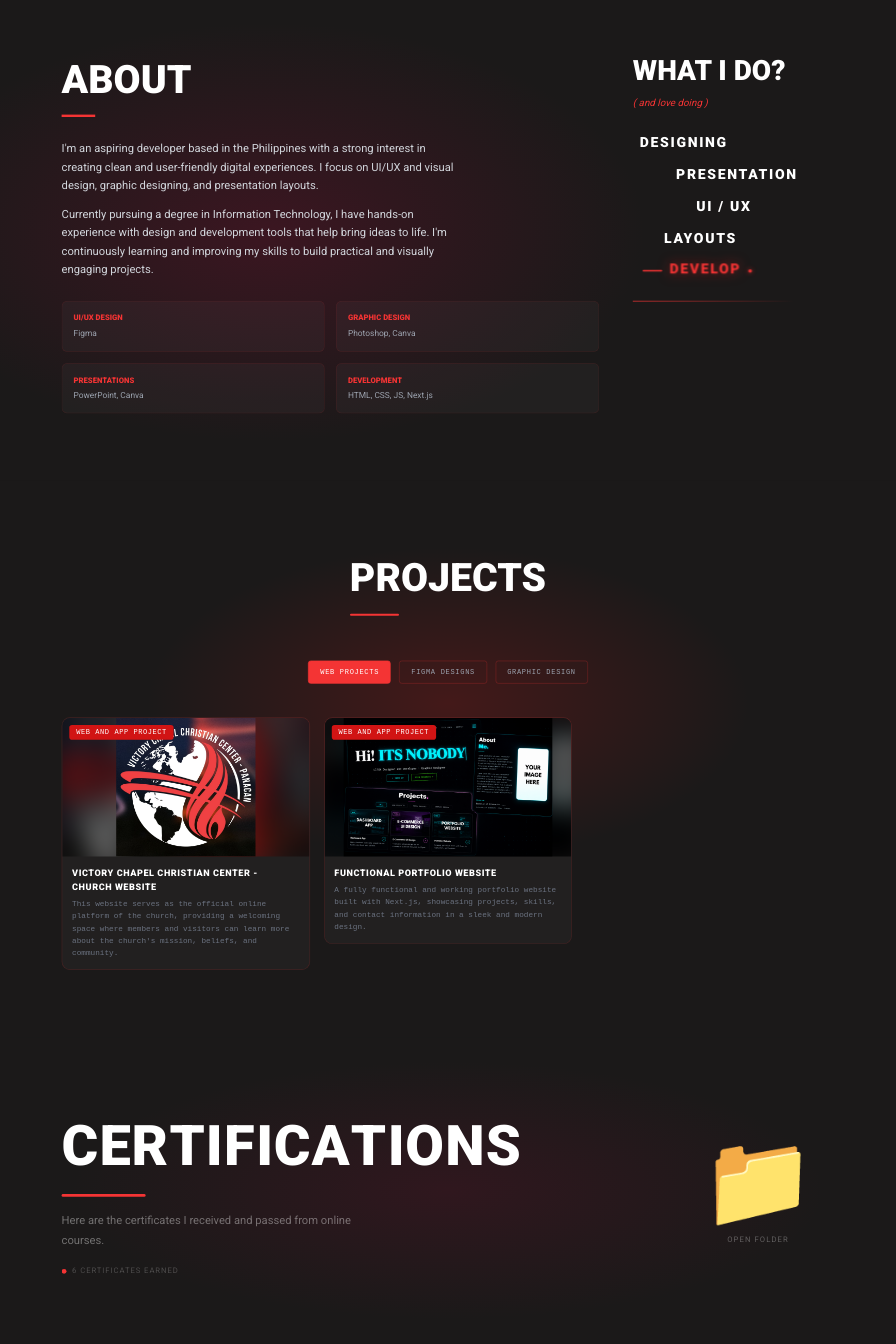
Repository: banbanny/my-portfolio
Page: /
An editor plug-in stored every save of this project. The page is shown before and after the next save, followed by the edit.
The browser window is 1280 px wide. The pictures show the part of the page from y = 744 to 2664 px (the page is 4275 px tall), at 70% of full size.
The project was rebuilt for these pictures with package versions that can differ from the ones it lists, and the page was loaded fresh each time. The framework's server and built-in components were replaced by stand-ins that run in the browser. Also part of the build but not shown: next.config.js.

Above is the page before, as saved 2026-05-07 15:36:49.

### src/app/layout.tsx
import type { Metadata } from "next";
import "./globals.css";

export const metadata: Metadata = {
  title: "Ivanne Obediente | Portfolio",
  description:
    "Aspiring developer based in the Philippines — design, UI/UX, and visual storytelling.",
};

export default function RootLayout({
  children,
}: {
  children: React.ReactNode;
}) {
  return (
    <html lang="en">
      <body>{children}</body>
    </html>
  );
}

### src/app/page.tsx
import Navbar from "@/components/Navbar";
import Hero from "@/components/Hero";
import About from "@/components/About";
import Projects from "@/components/Projects";
import Certifications from "@/components/Certifications";
import TechStack from "@/components/TechStack";
import Footer from "@/components/Footer";

export default function Home() {
  return (
    <main style={{ background: "#1B1919" }}>
      <Navbar />
      <Hero />
      <About />
      <Projects />
      <Certifications />
      <TechStack />
      <Footer />
    </main>
  );
}

### src/app/globals.css
@import url("https://fonts.googleapis.com/css2?family=Roboto:wght@400;900&display=swap");
@tailwind base;
@tailwind components;
@tailwind utilities;

:root {
  --bg: #1b1919;
  --white: #ffffff;
  --red-primary: #f43434;
  --red-dark: #d22828;
  --red-bright: #ff3c00;
  --red-accent: #ff0033;
}

* {
  margin: 0;
  padding: 0;
  box-sizing: border-box;
}

html {
  scroll-behavior: smooth;
}

body {
  background-color: var(--bg);
  color: var(--white);
  font-family: "Roboto", sans-serif;
  font-weight: 400;
  overflow-x: hidden;
}

/* ─── Noise texture overlay ─── */
body::before {
  content: "";
  position: fixed;
  inset: 0;
  background-image: url("data:[embedded picture, 306 characters]");
  pointer-events: none;
  z-index: 9999;
  opacity: 10;
}

/* ─── Red glow blob (hero background) ─── */
.hero-glow {
  background: radial-gradient(
    ellipse 60% 55% at 80% 50%,
    rgba(210, 40, 40, 0.55) 0%,
    rgba(255, 60, 0, 0.25) 45%,
    transparent 75%
  );
}

/* ─── Section red glow (bottom sections) ─── */
.section-glow {
  background: radial-gradient(
    ellipse 70% 50% at 50% 100%,
    rgba(210, 40, 40, 0.3) 0%,
    transparent 70%
  );
}

/* ─── Typography utilities ─── */
.font-black-roboto {
  font-family: "Roboto", sans-serif;
  font-weight: 900;
}

.text-red {
  color: var(--red-primary);
}

/* ─── Divider line ─── */
.divider {
  height: 2px;
  background: var(--red-primary);
  width: 100%;
}

/* ─── Vertical label (ABOUT) ─── */
.vertical-label {
  writing-mode: vertical-rl;
  text-orientation: mixed;
  transform: rotate(180deg);
  letter-spacing: 0.3em;
  font-weight: 900;
  font-size: 1.1rem;
}

/* ─── Card white box ─── */
.card-white {
  background: #ffffff;
  color: #1b1919;
  border-radius: 4px;
}

/* ─── Navbar link hover ─── */
.nav-link {
  position: relative;
  font-size: 0.75rem;
  letter-spacing: 0.12em;
  text-transform: uppercase;
  transition: color 0.2s;
}
.nav-link::after {
  content: "";
  position: absolute;
  left: 0;
  bottom: -2px;
  width: 0;
  height: 1px;
  background: var(--red-primary);
  transition: width 0.25s;
}
.nav-link:hover {
  color: var(--red-primary);
}
.nav-link:hover::after {
  width: 100%;
}

/* ─── Tech stack / cert card hover ─── */
.stack-card {
  border: 1px solid rgba(244, 52, 52, 0.3);
  transition: border-color 0.2s, transform 0.2s;
}
.stack-card:hover {
  border-color: var(--red-primary);
  transform: translateY(-2px);
}

/* ─── Project card hover ─── */
.project-card {
  transition: transform 0.2s, box-shadow 0.2s;
}
.project-card:hover {
  transform: translateY(-4px);
  box-shadow: 0 8px 30px rgba(244, 52, 52, 0.25);
}

/* ─── Scroll fade-in animation ─── */
@keyframes fadeUp {
  from {
    opacity: 0;
    transform: translateY(24px);
  }
  to {
    opacity: 1;
    transform: translateY(0);
  }
}
.animate-fadeUp {
  animation: fadeUp 0.6s ease forwards;
}

### src/components/Navbar.tsx
"use client";

import { useState } from "react";

const links = [
  { label: "Home", href: "#home" },
  { label: "About", href: "#about" },
  { label: "Projects", href: "#projects" },
  { label: "Contact", href: "#contact" },
];

export default function Navbar() {
  const [menuOpen, setMenuOpen] = useState(false);

  return (
    <header
      className="fixed top-0 left-0 w-full z-50"
      style={{
        background:
          "linear-gradient(180deg, rgba(27,25,25,0.98) 0%, rgba(27,25,25,0.85) 100%)",
        backdropFilter: "blur(6px)",
        borderBottom: "1px solid rgba(244,52,52,0.1)",
      }}
    >
      <div className="max-w-6xl mx-auto px-6 py-4 flex items-center justify-between">
        {/* Logo / Name */}
        <div>

          <p
            className="font-black-roboto text-sm tracking-widest uppercase leading-tight"
            style={{ color: "#F43434" }}
          >
            Ivanne
          </p>
          <p className="font-black-roboto text-sm tracking-widest uppercase leading-tight text-white">
            Obediente
          </p>
        </div>

        {/* Desktop Nav */}
        <nav className="hidden md:flex items-center gap-8">
          {links.map((link) => (
            <a key={link.href} href={link.href} className="nav-link text-white">
              {link.label}
            </a>
          ))}
        </nav>

        {/* Mobile Hamburger */}
        <button
          className="md:hidden flex flex-col gap-1.5 p-2"
          onClick={() => setMenuOpen(!menuOpen)}
          aria-label="Toggle menu"
        >
          <span
            className="block w-6 h-0.5 bg-white transition-transform"
            style={menuOpen ? { transform: "rotate(45deg) translate(3px, 3px)" } : {}}
          />
          <span
            className="block w-6 h-0.5 bg-white transition-opacity"
            style={menuOpen ? { opacity: 0 } : {}}
          />
          <span
            className="block w-6 h-0.5 bg-white transition-transform"
            style={menuOpen ? { transform: "rotate(-45deg) translate(3px, -3px)" } : {}}
          />
        </button>
      </div>

      {/* Mobile Menu */}
      {menuOpen && (
        <div
          className="md:hidden px-6 pb-6 flex flex-col gap-5"
          style={{ background: "rgba(27,25,25,0.98)" }}
        >
          {links.map((link) => (
            <a
              key={link.href}
              href={link.href}
              className="nav-link text-white text-sm"
              onClick={() => setMenuOpen(false)}
            >
              {link.label}
            </a>
          ))}
        </div>
      )}
    </header>
  );
}

### src/components/Projects.tsx
'use client'

import { useState, useEffect, useRef } from "react";

type ProjectType = "web" | "figma" | "graphics";

interface Project {
  id: number; title: string; type: ProjectType; description: string; thumbnail: string; link: string;
}

const projects: Project[] = [
  { id: 1,
    title: "Victory Chapel Christian Center - Church Website",
    type: "web",
    description: "This website serves as the official online platform of the church, providing a welcoming space where members and visitors can learn more about the church's mission, beliefs, and community.",
    thumbnail: "/vccc-thumbnail.jpg",
    link: "https://vccc-website-one.vercel.app/"
  },
  { id: 2,
    title: "Functional Portfolio Website",
    type: "web",
    description: "A fully functional and working portfolio website built with Next.js, showcasing projects, skills, and contact information in a sleek and modern design.",
    thumbnail: "/web-port.png",
    link: "https://web-portfolio-ruby-pi.vercel.app/"
  },
  { id: 3,
     title: "Portfolio Website Design",
     type: "figma",
     description: "UI/UX design for a Portfolio.",
     thumbnail: "/figma1.png",
     link: "https://www.figma.com/file/your-file-id"
    },
  { id: 4,
    title: "Victory Chapel Christian Center - Church Website",
    type: "figma",
    description: "A church website",
     thumbnail: "/vccc.png",
     link: "https://www.figma.com/file/your-file-id-2"
    },
  { id: 5,
    title: "5CRG Inventory Management System",
    type: "figma",
    description: "Inventory Management System for 5CRG.",
    thumbnail: "/figma3.png",
    link: "https://www.figma.com/file/your-file-id-2"
  },
  { id: 6, title: "Brand Identity", type: "graphics", description: "Logo and branding for a local business.", thumbnail: "/thumbnails/graphics1.png", link: "https://www.behance.net/ivanneobediente23" },
  { id: 7, title: "Poster Design", type: "graphics", description: "Event poster with bold typography and layout.", thumbnail: "/thumbnails/graphics2.png", link: "https://www.behance.net/your-project-2" },
];

const filters: { label: string; value: ProjectType }[] = [
  { label: "WEB PROJECTS", value: "web" },
  { label: "FIGMA DESIGNS", value: "figma" },
  { label: "GRAPHIC DESIGN", value: "graphics" },
];

const typeConfig: Record<ProjectType, { label: string; badge: string }> = {
  web:      { label: "Web and App Project",  badge: "#d11414" },
  figma:    { label: "Figma Design", badge: "#910d39" },
  graphics: { label: "Graphics",     badge: "#f16f24" },
};

function useInView(threshold = 0.15) {
  const ref = useRef<HTMLDivElement>(null);
  const [inView, setInView] = useState(false);
  useEffect(() => {
    const el = ref.current; if (!el) return;
    const obs = new IntersectionObserver(([entry]) => { if (entry.isIntersecting) setInView(true); }, { threshold });
    obs.observe(el); return () => obs.disconnect();
  }, []);
  return { ref, inView };
}

function ProjectCard({ project, index }: { project: Project; index: number }) {
  const [hovered, setHovered] = useState(false);
  const { ref, inView } = useInView();
  const cfg = typeConfig[project.type];

  return (
    <div ref={ref} style={{ opacity: inView ? 1 : 0, transform: inView ? "translateY(0)" : "translateY(32px)", transition: `opacity 0.55s ease ${index * 0.08}s, transform 0.55s ease ${index * 0.08}s` }}>
      <a href={project.link} target="_blank" rel="noopener noreferrer"
        onMouseEnter={() => setHovered(true)} onMouseLeave={() => setHovered(false)}
        style={{ display:"block", borderRadius:"12px", overflow:"hidden", border:`1px solid ${hovered ? "rgba(244,52,52,0.45)" : "rgba(244,52,52,0.15)"}`, background: hovered ? "rgba(244,52,52,0.06)" : "rgba(255,255,255,0.03)", transform: hovered ? "translateY(-5px)" : "translateY(0)", transition:"all 0.3s cubic-bezier(0.34,1.56,0.64,1)", cursor:"pointer", textDecoration:"none" }}>
        <div style={{ position:"relative", width:"100%", aspectRatio:"16/9", overflow:"hidden" }}>
          <img src={project.thumbnail} alt="" aria-hidden="true" style={{ position:"absolute", inset:0, width:"100%", height:"100%", objectFit:"cover", filter:"blur(18px) brightness(0.4) saturate(1.4)", transform:"scale(1.15)", pointerEvents:"none" }} />
          <img src={project.thumbnail} alt={project.title} style={{ position:"relative", zIndex:1, width:"100%", height:"100%", objectFit:"contain", transform: hovered ? "scale(1.04)" : "scale(1)", transition:"transform 0.5s ease", display:"block" }}
            onError={(e) => { (e.target as HTMLImageElement).style.display = "none"; const p = (e.target as HTMLImageElement).parentElement; if (p) p.style.background = "#2a2222"; }} />
          <div style={{ position:"absolute", inset:0, zIndex:2, background:"rgba(0,0,0,0.5)", opacity: hovered ? 1 : 0, transition:"opacity 0.3s ease", display:"flex", alignItems:"center", justifyContent:"center" }}>
            <span style={{ fontSize:"12px", fontFamily:"monospace", color:"#fff", letterSpacing:"0.12em", textTransform:"uppercase", border:"1px solid rgba(255,255,255,0.6)", padding:"8px 16px", borderRadius:"4px" }}>
              {project.type === "web" && "Visit Site →"}{project.type === "figma" && "Open in Figma →"}
            </span>
          </div>
          <span style={{ position:"absolute", top:"10px", left:"10px", zIndex:3, fontSize:"10px", fontFamily:"monospace", letterSpacing:"0.08em", textTransform:"uppercase", color:"#fff", background:cfg.badge, padding:"3px 10px", borderRadius:"4px" }}>{cfg.label}</span>
        </div>
        <div style={{ padding:"14px" }}>
          <h3 style={{ fontFamily:"inherit", fontSize:"clamp(11px, 1.5vw, 13px)", fontWeight:700, textTransform:"uppercase", letterSpacing:"0.06em", color:"#fff", margin:"0 0 6px" }}>{project.title}</h3>
          <p style={{ fontSize:"11px", fontFamily:"monospace", color:"#6b7280", lineHeight:1.6, margin:0 }}>{project.description}</p>
        </div>
      </a>
    </div>
  );
}

function BehanceCard() {
  const { ref, inView } = useInView(0.2);
  const [hovered, setHovered] = useState(false);
  return (
    <>
      <style>{`
        @keyframes dotPulse { 0%,100% { opacity:0.18; } 50% { opacity:0.45; } }
        @keyframes beFloat { 0%,100% { transform:translateY(0px); } 50% { transform:translateY(-7px); } }
        @keyframes glowPulse { 0%,100% { opacity:0.3; } 50% { opacity:0.6; } }
        .behance-dot-bg { position:absolute; inset:0; background-image:radial-gradient(circle, rgba(255,255,255,0.13) 1px, transparent 1px); background-size:28px 28px; animation:dotPulse 4s ease-in-out infinite; border-radius:16px; }
        .be-logo-wrap { animation:beFloat 3.2s ease-in-out infinite; display:inline-block; }
        .be-glow { position:absolute; top:50%; left:50%; transform:translate(-50%,-50%); width:260px; height:160px; background:radial-gradient(ellipse, rgba(30,80,255,0.18) 0%, transparent 70%); animation:glowPulse 3s ease-in-out infinite; pointer-events:none; }
        .behance-cta-btn { display:inline-flex; align-items:center; gap:10px; padding:14px 38px; font-size:12px; font-family:monospace; letter-spacing:0.16em; text-transform:uppercase; color:#fff; border:1px solid rgba(255,255,255,0.25); border-radius:6px; background:rgba(255,255,255,0.06); text-decoration:none; transition:all 0.3s ease; }
        .behance-cta-btn:hover { background:rgba(255,255,255,0.14); border-color:rgba(255,255,255,0.55); transform:translateY(-2px); }
      `}</style>
      <div ref={ref} style={{ opacity: inView ? 1 : 0, transform: inView ? "translateY(0)" : "translateY(28px)", transition:"opacity 0.6s ease, transform 0.6s ease" }}>
        <div onMouseEnter={() => setHovered(true)} onMouseLeave={() => setHovered(false)}
          style={{ position:"relative", overflow:"hidden", borderRadius:"16px", border:`1px solid ${hovered ? "rgba(255,255,255,0.14)" : "rgba(255,255,255,0.07)"}`, background:"#08080f", padding:"clamp(40px, 8vw, 72px) clamp(20px, 5vw, 40px) clamp(36px, 7vw, 56px)", textAlign:"center", transition:"border-color 0.4s ease" }}>
          <div className="behance-dot-bg" aria-hidden="true" />
          <div className="be-glow" aria-hidden="true" />
          <div style={{ position:"relative", marginBottom:"20px" }}>
            <div className="be-logo-wrap">
              <img src="https://cdn.jsdelivr.net/gh/devicons/devicon/icons/behance/behance-original.svg" alt="Behance" style={{ width:"88px", height:"88px", filter:"brightness(0) invert(1)", margin:"0 auto", display:"block" }} />
            </div>
          </div>
          <p style={{ position:"relative", fontFamily:"monospace", fontSize:"11px", letterSpacing:"0.22em", textTransform:"uppercase", color:"rgba(255,255,255,0.35)", marginBottom:"32px" }}>All Graphic Design Work Lives on Behance</p>
          <div style={{ position:"relative", marginBottom:"44px" }}>
            <a href="https://www.behance.net/YOUR_BEHANCE_USERNAME" target="_blank" rel="noopener noreferrer" className="behance-cta-btn">View on Behance <span style={{ fontSize:"16px" }}>↗</span></a>
          </div>
          <div style={{ position:"relative", display:"flex", alignItems:"center", justifyContent:"center", flexWrap:"wrap", gap:"4px" }}>
            {["Brand Identity", "Social Media", "Print Design"].map((tag, i, arr) => (
              <span key={tag} style={{ display:"flex", alignItems:"center" }}>
                <span style={{ fontSize:"11px", fontFamily:"monospace", letterSpacing:"0.12em", textTransform:"uppercase", color:"rgba(255,255,255,0.28)", padding:"0 16px" }}>{tag}</span>
                {i < arr.length - 1 && <span style={{ color:"rgba(255,255,255,0.15)" }}>|</span>}
              </span>
            ))}
          </div>
        </div>
      </div>
    </>
  );
}

export default function Projects() {
  const [active, setActive] = useState<ProjectType>("web");
  const [visible, setVisible] = useState(true);
  const filtered = projects.filter((p) => p.type === active);

  function handleFilter(val: ProjectType) {
    setVisible(false);
    setTimeout(() => { setActive(val); setVisible(true); }, 220);
  }

  return (
    <section id="projects" className="relative py-16 md:py-24 overflow-hidden" style={{ background: "#1B1919" }}>
      <div className="absolute pointer-events-none" style={{ top:"40%", left:"50%", transform:"translate(-50%,-50%)", width:"80%", height:"80%", background:"radial-gradient(ellipse 60% 50% at 50% 50%, rgba(161,25,25,0.3) 0%, transparent 70%)" }} aria-hidden="true" />
      <div className="relative max-w-6xl mx-auto px-5 sm:px-6">
        <div className="text-center mb-12 md:mb-16">
          <div style={{ display:"inline-block" }}>
            <h2 className="font-black-roboto uppercase text-white" style={{ fontSize:"clamp(2rem, 6vw, 3.5rem)", margin:0 }}>PROJECTS</h2>
            <div style={{ width:"25%", height:"3px", background:"#F43434", marginTop:"10px", borderRadius:"2px" }} />
          </div>
        </div>
        <div className="flex flex-wrap gap-2 md:gap-3 justify-center mb-10 md:mb-12">
          {filters.map((f) => {
            const isActive = active === f.value;
            return (
              <button key={f.value} onClick={() => handleFilter(f.value)}
                style={{ padding:"8px 16px", fontSize:"10px", fontFamily:"monospace", letterSpacing:"0.1em", textTransform:"uppercase", color: isActive ? "#fff" : "#9ca3af", background: isActive ? "#F43434" : "transparent", border:`1px solid ${isActive ? "#F43434" : "rgba(244,52,52,0.3)"}`, borderRadius:"4px", cursor:"pointer", transition:"all 0.25s ease" }}
                onMouseEnter={(e) => { if (!isActive) { (e.currentTarget as HTMLButtonElement).style.borderColor = "rgba(244,52,52,0.7)"; (e.currentTarget as HTMLButtonElement).style.color = "#fff"; } }}
                onMouseLeave={(e) => { if (!isActive) { (e.currentTarget as HTMLButtonElement).style.borderColor = "rgba(244,52,52,0.3)"; (e.currentTarget as HTMLButtonElement).style.color = "#9ca3af"; } }}>
                {f.label}
              </button>
            );
          })}
        </div>
        <div style={{ opacity: visible ? 1 : 0, transform: visible ? "translateY(0)" : "translateY(10px)", transition:"opacity 0.22s ease, transform 0.22s ease" }}>
          {active === "graphics" ? (
            <BehanceCard />
          ) : (
            <div style={{ display:"grid", gridTemplateColumns:"repeat(auto-fill, minmax(min(280px, 100%), 1fr))", gap:"20px" }}>
              {filtered.map((project, i) => <ProjectCard key={project.id} project={project} index={i} />)}
            </div>
          )}
        </div>
      </div>
    </section>
  );
}

### tailwind.config.ts
import type { Config } from "tailwindcss";

const config: Config = {
  content: [
    "./src/pages/**/*.{js,ts,jsx,tsx,mdx}",
    "./src/components/**/*.{js,ts,jsx,tsx,mdx}",
    "./src/app/**/*.{js,ts,jsx,tsx,mdx}",
  ],
  theme: {
    extend: {
      colors: {
        background: "#1B1919",
        red: {
          primary: "#F43434",
          dark: "#D22828",
          bright: "#FF3C00",
          accent: "#FF0033",
        },
      },
      fontFamily: {
        roboto: ["Roboto", "sans-serif"],
      },
    },
  },
  plugins: [],
};
export default config;

Loaded but not shown: src/components/Certifications.tsx (255 lines, source omitted); src/components/Footer.tsx (185 lines, source omitted); src/components/About.tsx (122 lines, source omitted); src/components/Hero.tsx (153 lines, source omitted); src/components/TechStack.tsx (197 lines, source omitted)

After the next save:
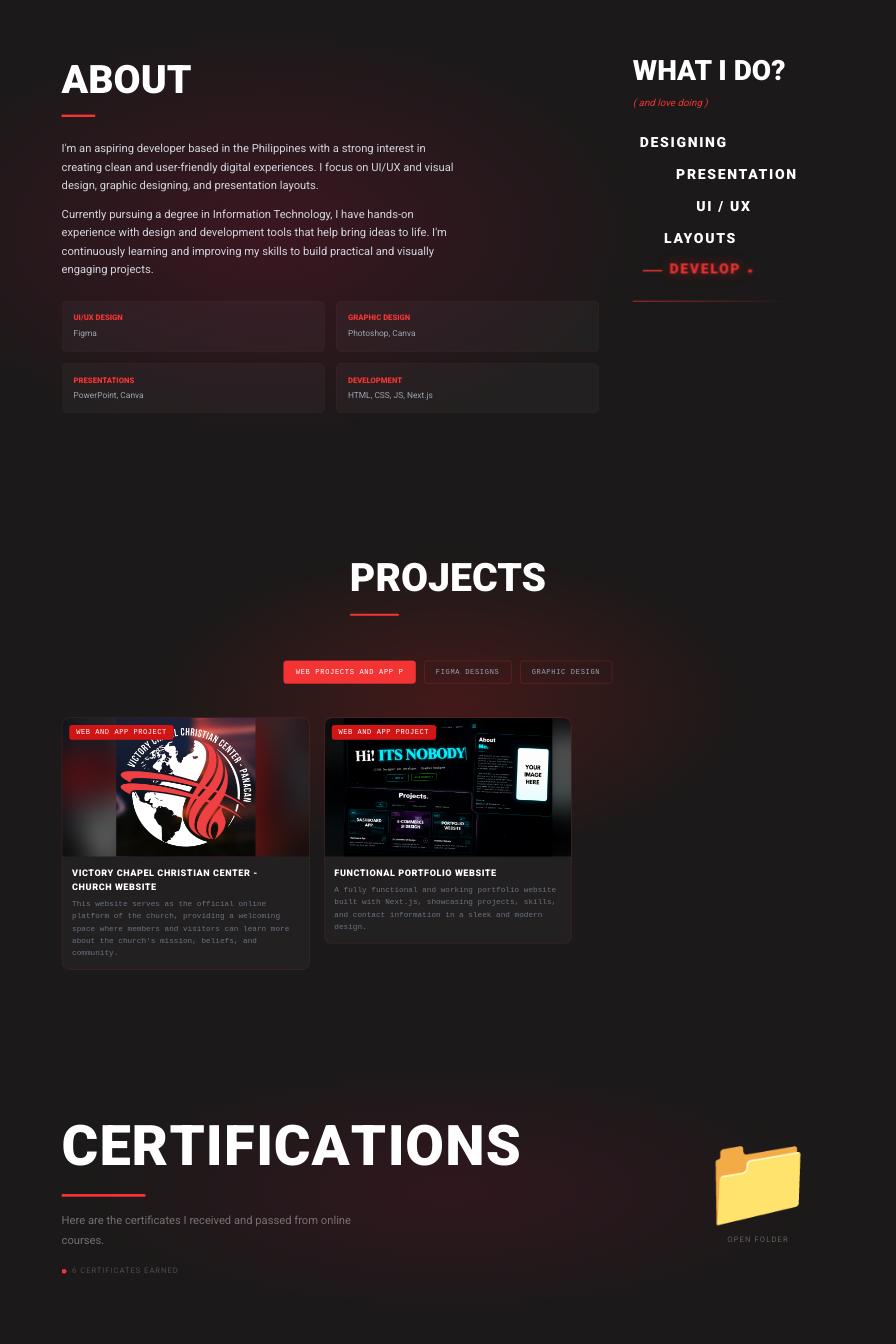
Saved 22 s later.
--- a/src/components/Projects.tsx
+++ b/src/components/Projects.tsx
@@ -49,7 +49,7 @@ const projects: Project[] = [
 ];
 
 const filters: { label: string; value: ProjectType }[] = [
-  { label: "WEB PROJECTS", value: "web" },
+  { label: "WEB PROJECTS and APP P", value: "web" },
   { label: "FIGMA DESIGNS", value: "figma" },
   { label: "GRAPHIC DESIGN", value: "graphics" },
 ];
